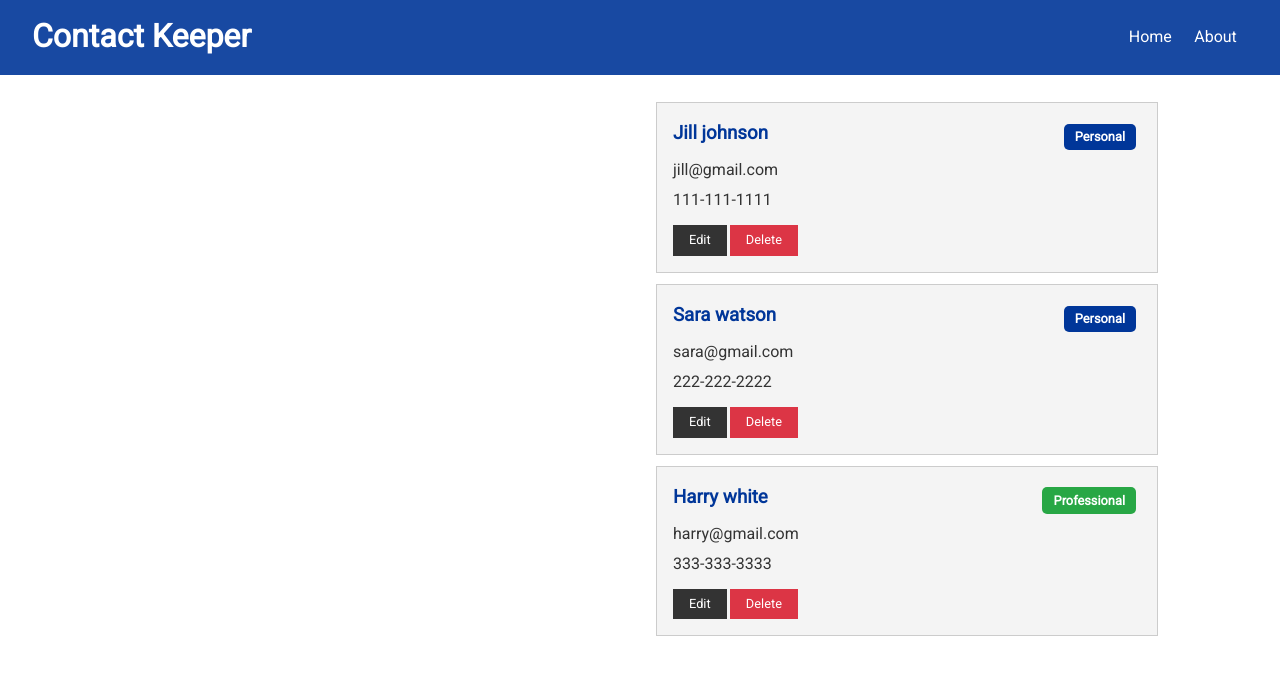
Repository: Izzazkhan/ContactStorage
Page: / (app in client/)
The author's editor kept a copy of each file at every save. The page is drawn from the files as they stood at one save, then again after a run of saves.
The browser window is 1280 px wide. The pictures show the whole page.
The project was rebuilt for these pictures with package versions that can differ from the ones it lists, and the page was loaded fresh each time. A package was used in the major version that the imports need, not the one package.json lists. Also part of the build but not shown: client/src/components/pages/About.js.

Above is the page before, as saved 2020-01-21 09:54:25.

### client/public/index.html
<!DOCTYPE html>
<html lang="en">
  <head>
    <meta charset="utf-8" />
    <link rel="icon" href="%PUBLIC_URL%/favicon.ico" />
    <meta name="viewport" content="width=device-width, initial-scale=1" />
    <meta name="theme-color" content="#000000" />
    <meta
      name="description"
      content="Web site created using create-react-app"
    />
    <link rel="apple-touch-icon" href="%PUBLIC_URL%/logo192.png" />
    <link rel="manifest" href="%PUBLIC_URL%/manifest.json" />
    <title>ContactKeeper | Keep track of your contacts</title>
  </head>
  <body>
    <noscript>You need to enable JavaScript to run this app.</noscript>
    <div id="root"></div>
  </body>
</html>

### client/src/App.js
import React, {Fragment} from 'react';
import {BrowserRouter as Router, Route, Switch} from 'react-router-dom'
import Navbar from './components/layout/Navbar'
import Home from './components/pages/Home'
import About from './components/pages/About'

import ContactState from './context/contact/ContactState'
import './App.css';

const App = () => {
  return (
    <ContactState>
      <Router>
        <Fragment>
        <Navbar />
          <div className="container">
            <Switch>
              <Route exact path='/' component={Home} />
              <Route exact path='/about' component={About} />
            </Switch>
          </div>
        </Fragment>
      </Router>
    </ContactState>
  );
}

export default App;

### client/src/components/layout/Navbar.js
import React from 'react'
import PropTypes from 'prop-types';
import {Link} from 'react-router-dom'
const Navbar = ({ title, icon }) => {
    return (
        <div className="navbar bg-primary">
            <h1>
                <i className={icon} /> {title}
            </h1>
            <ul>
                <li>
                    <Link to='/'>Home</Link>
                </li>
                <li>
                    <Link to='/about'>About</Link>
                </li>
            </ul>
        </div>
    )
}

Navbar.propTypes = {
    title: PropTypes.string.isRequired,
    icon: PropTypes.string,
}

Navbar.defaultProps = {
    title: 'Contact Keeper',
    icon: 'fas fa-id-card-alt'
}
export default Navbar

### client/src/components/pages/Home.js
import React from 'react'
import Contacts from '../contacts/Contacts'

export const Home = () => {
    return (
        <div className="grid-2">
            <div>
                {/* ContactForm */}
            </div>
            <div>
                <Contacts />
            </div>
        </div>
    )
}
export default Home

### client/src/context/contact/ContactState.js
import React, {useReducer} from 'react'
import uuid from 'uuid'
import ContactContext from './contactContext'
import contactReducer from './contactReducer'
import {
    ADD_CONTACT,
    DELETE_CONTACT,
    SET_CURRENT,
    CLEAR_CURRENT,
    UPDATE_CONTACT,
    FILTER_CONTACTS,
    CLEAR_FILTER
} from '../types'

const ContactState = props => {
    const initialState = {
        contacts: [
            {
                id: 1,
                name: 'Jill johnson',
                email: 'jill@gmail.com',
                phone: '111-111-1111',
                type: 'personal'
            },
            {
                id: 2,
                name: 'Sara watson',
                email: 'sara@gmail.com',
                phone: '222-222-2222',
                type: 'personal'
            },
            {
                id: 3,
                name: 'Harry white',
                email: 'harry@gmail.com',
                phone: '333-333-3333',
                type: 'professional'
            }
        ]
    }

    const [state, dispatch] = useReducer(contactReducer, initialState)

    return (
        <ContactContext.Provider
        value={{
            contacts: state.contacts
        }}>
            {props.children}
        </ContactContext.Provider>
    )
}

export default ContactState

### client/src/components/contacts/Contacts.js
import React, {Fragment, useContext} from 'react'
import ContactItem from './ContactItem'
import ContactContext from '../../context/contact/contactContext'
const Contacts = () => {
    const contactContext = useContext(ContactContext);

    const {contacts} = contactContext
    return (
        <Fragment>
            {contacts.map(contact => <ContactItem key={contact.id} contact={contact} />
            )}
        </Fragment>
    )
}
export default Contacts

### client/src/context/contact/contactContext.js
import {createContext } from 'react'

const contactContext = createContext()

export default contactContext

### client/src/context/types.js
export const ADD_CONTACT = 'ADD_CONTACT'
export const DELETE_CONTACT = 'DELETE_CONTACT'
export const SET_CURRENT = 'SET_CURRENT'
export const CLEAR_CURRENT = 'CLEAR_CURRENT'
export const UPDATE_CONTACT = 'UPDATE_CONTACT'
export const CLEAR_FILTER = 'CLEAR_FILTER'
export const FILTER_CONTACTS = 'FILTER_CONTACTS'
export const SET_ALERT = 'SET_ALERT'
export const REMOVE_ALERT = 'REMOVE_ALERT'

### client/src/components/contacts/ContactItem.js
import React from 'react'
import PropTypes from 'prop-types';

export const ContactItem = ({contact}) => {
    const {id, name, email, phone, type} = contact;

    return (
        <div className='card bg-light'>
            <h3 className="text-primary text-left">
                {name}{' '} <span style={{float: 'right'}} className={'badge ' + (type === 'professional' ?
                    'badge-success' : 'badge-primary')}>{type.charAt(0).toUpperCase() + type.slice(1)}</span>
            </h3>
            <ul className='list'>
                {email && (<li>
                    <i className="fas fa-envelope-open" /> {email}
                </li>)}
                {phone && (<li>
                    <i className="fas fa-phone" /> {phone}
                </li>)}
            </ul>
            <p>
                <button className='btn btn-dark btn-sm'>Edit</button>
                <button className='btn btn-danger btn-sm'>Delete</button>
            </p>
        </div>
    )
}


ContactItem.propTypes = {
    contact: PropTypes.object.isRequired
}
export default ContactItem

### client/src/components/contacts/ContactForm.js
import React, {useState} from 'react'

const ContactForm = () => {
    const [contact, setContact] = useState({
        name: '',
        email: '',
        phone: '',
        type: 'personal'
    })

    const {name, email, phone, type} = contact;

    const onChange = e => setContact({ ...contact, [e.taget.name] : e.taget.value })
    return (
        <form>
            <h2 className='text-primary'>Add Contact</h2>
            <input type='text' placeholder='Name' name='name' value={name} onChange={onChange} />
            <input type='email' placeholder='Email' name='email' value={email} onChange={onChange} />
            <input type='text' placeholder='Phone' name='phone' value={phone} onChange={onChange} />
            <h5>Contact Type</h5>
            <input type='radio' name='type' value='personal' checked={type === 'personal'} /> Personal{' '}
            <input type='radio' name='type' value='professional' checked={type === 'professional'} /> professional
            <div>
                <input type='submit' value='Add Contact' className='btn btn-primary btn-block' />
            </div>
        </form>
    )
}

Loaded but not shown: client/src/index.js (common file); client/src/App.css (common file); client/src/context/contact/contactReducer.js (no stored copy; drawn as an empty file)

After the next 2 saves:
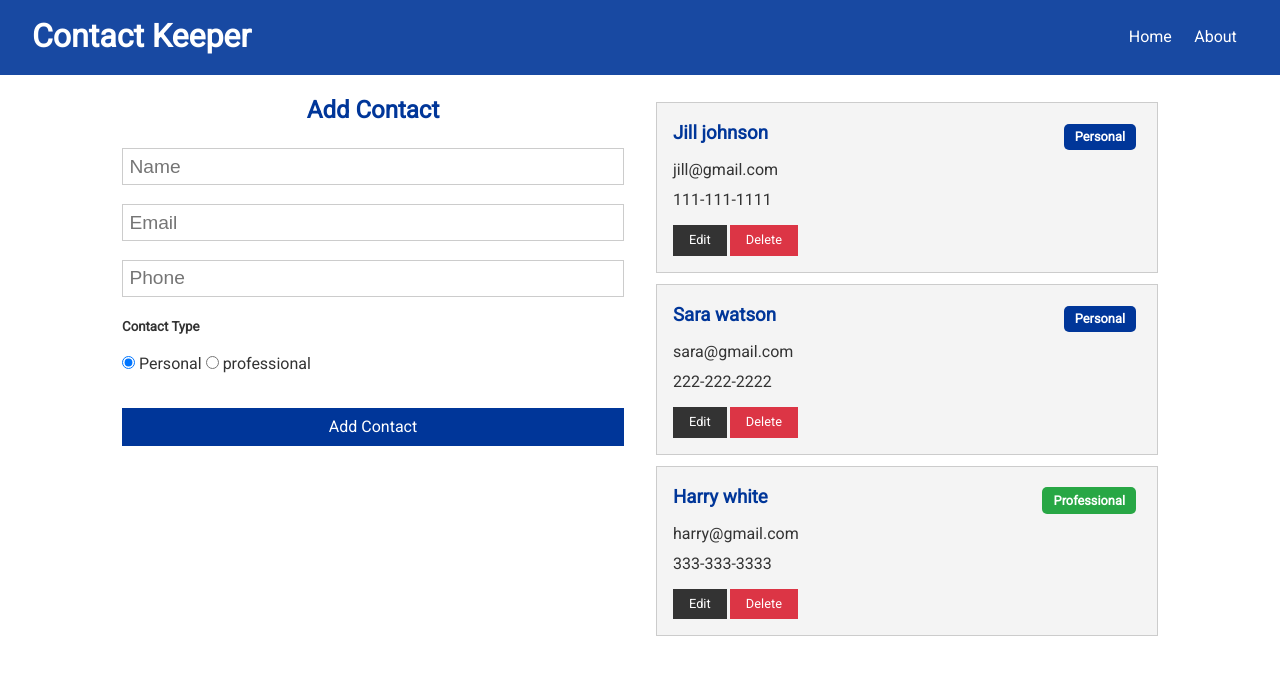
The 2 saves are shown as one change because 1 did not build or start.
The last was saved 70 s later.
--- a/client/src/components/pages/Home.js
+++ b/client/src/components/pages/Home.js
@@ -1,11 +1,12 @@
 import React from 'react'
 import Contacts from '../contacts/Contacts'
+import ContactForm from '../contacts/ContactForm'
 
 export const Home = () => {
     return (
         <div className="grid-2">
             <div>
-                {/* ContactForm */}
+                <ContactForm />
             </div>
             <div>
                 <Contacts />
--- a/client/src/components/contacts/ContactForm.js
+++ b/client/src/components/contacts/ContactForm.js
@@ -26,3 +26,5 @@ const ContactForm = () => {
         </form>
     )
 }
+
+export default ContactForm
